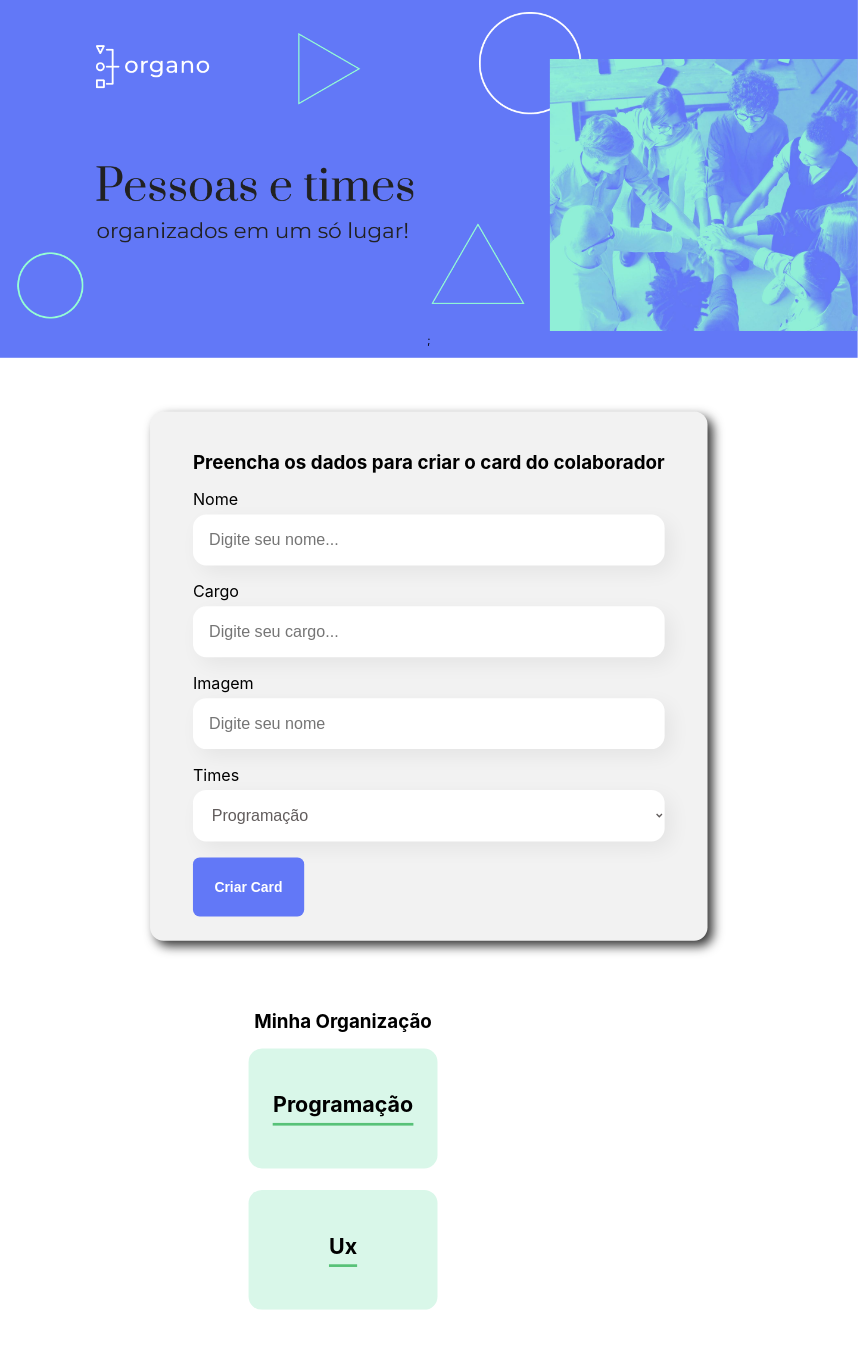
Repository: guilhermecardoso93/organo
Page: /
These files come from the project's save history. The page is drawn as it stood at one moment and after the next save; the edit follows.
The browser window is 1280 px wide. The pictures show the whole page, at 67% of full size.
The project was rebuilt for these pictures with package versions that can differ from the ones it lists, and the page was loaded fresh each time.

Above is the page before, as saved 2024-05-26 19:18:46.

After the next save:
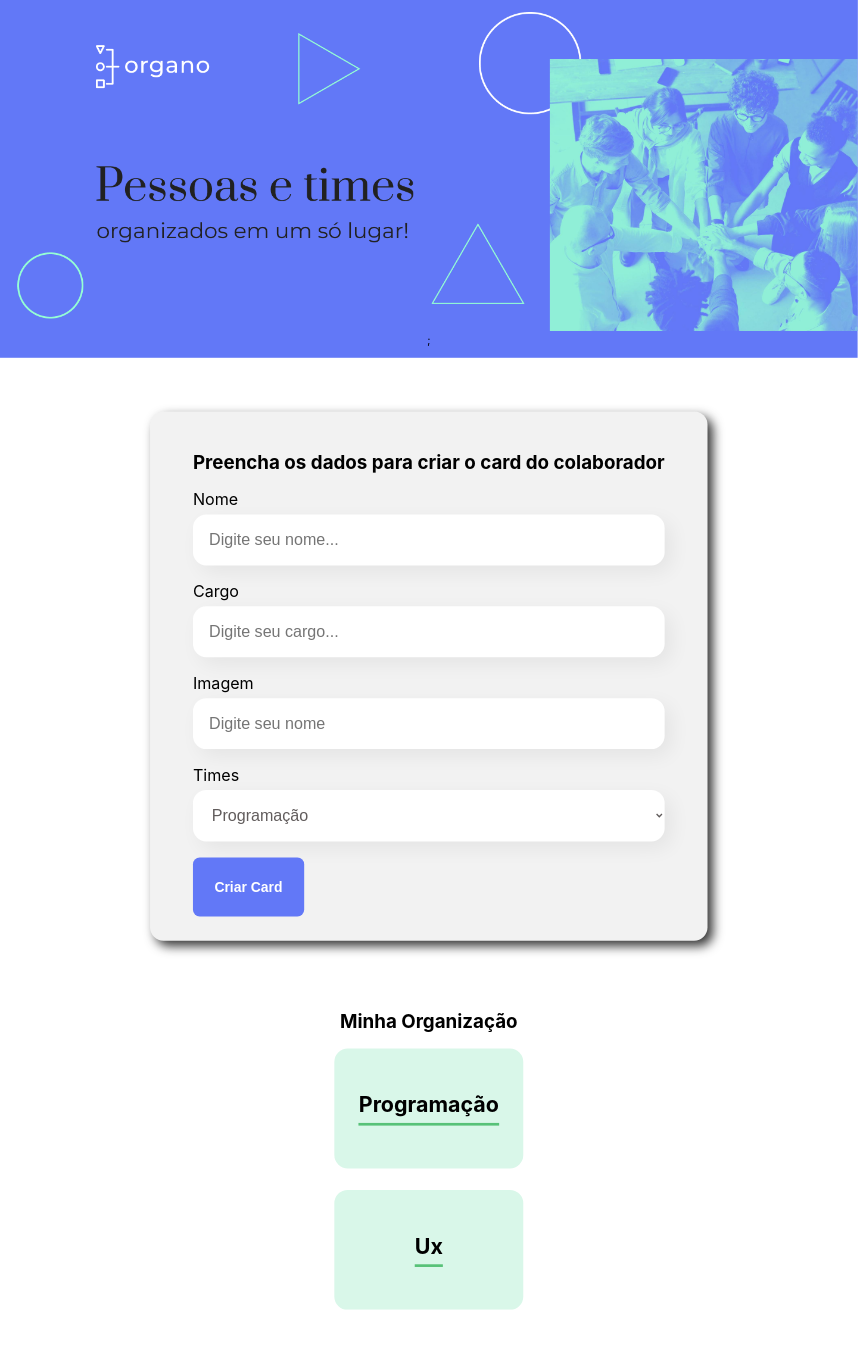
Saved 7 s later.
--- a/src/components/Times/styles.css
+++ b/src/components/Times/styles.css
@@ -5,7 +5,6 @@
   align-items: center;
   margin: 80px 0;
   overflow: hidden;
-  width:  80%;
 }
 
 .times-container-list {
